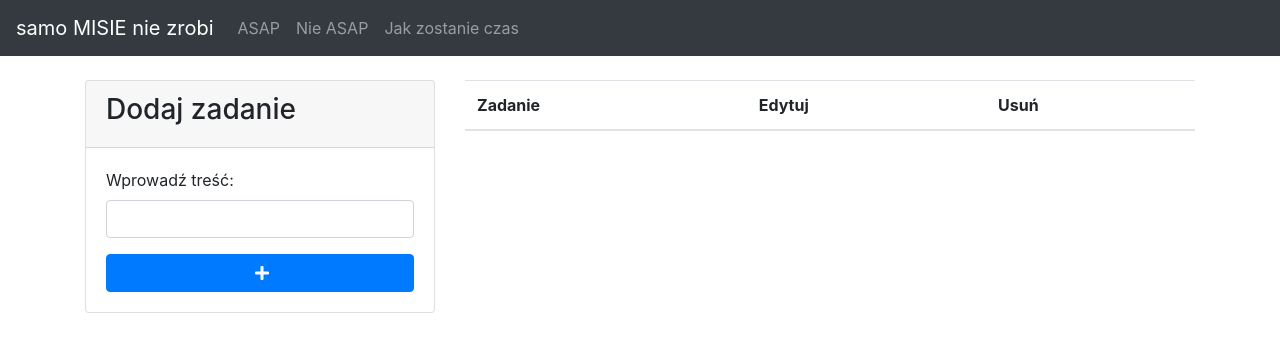
Repository: pcharazinski/JS_EXPRESS---samoMISIEniezrobi
Page: http://localhost/
These files come from the project's save history. The page is drawn as it stood at one moment and after the next save; the edit follows.
The browser window is 1280 px wide. The pictures show the whole page.
Some web libraries are served in a nearby version. The page is served by the project's Node server (app.js). Other server files are loaded and not shown. Queries for data that is not in the repository find no rows.

Above is the page before, as saved 2018-12-16 12:00:45.

### views/index.pug
//- Pug zwraca wieeeeeeelka uwagę na wciecia!!! jak sa zle wciecia to sie wysypuje

extends layout

block content
    .row
        .col-md-4
            .card
                .card-header
                    h3 Dodaj zadanie
                .card-body
                    form(action="/addme", method="POST")
                        .form-group
                            label(for='labeltodo') Wprowadź treść:
                            input.form-control#labeltodo(type='text', name="title")
                        button(type="submit").btn.btn-primary.btn-block
                            i.fas.fa-plus.pl-1


        .col-md-8

            table.table.table-striped
                thead
                    tr

                    th(scope='col') Zadanie
                    th(scope='col') Edytuj
                    th(scope='col') Usuń
                tbody
                    each todo in todos
                        tr

                             td= todo.title
                             td
                                a(href="/editme/"+ todo.id).btn.btn-info.btn-sm
                                    i.fas.fa-pencil-alt
                             td
                                form(method="post", action="/deleteme/" + todo.id + "?_method=delete")
                                    button(type="submit").btn.btn-danger.btn-sm
                                         i.fas.fa-trash-alt

### views/layout.pug
<!DOCTYPE html>
html(lang="en")
    head
        meta(charset="UTF-8")
        meta(name="viewport", content="width=device-width, initial-scale=1.0")
        meta(http-equiv="X-UA-Compatible", content="ie=edge")
        link(rel="stylesheet", href="https://stackpath.bootstrapcdn.com/bootstrap/4.1.3/css/bootstrap.min.css")
        link(rel="stylesheet", href="https://use.fontawesome.com/releases/v5.6.1/css/all.css")
        title MISIE
    body
        include nav
        .container
            block content

script(src='https://code.jquery.com/jquery-3.3.1.slim.min.js')
script(src='https://cdnjs.cloudflare.com/ajax/libs/popper.js/1.14.3/umd/popper.min.js')
script(src='https://stackpath.bootstrapcdn.com/bootstrap/4.1.3/js/bootstrap.min.js')

### views/nav.pug
nav.navbar.navbar-expand-lg.navbar-dark.bg-dark.mb-4
  a.navbar-brand(href='/') samo MISIE nie zrobi

  button.navbar-toggler(type='button', data-toggle='collapse', data-target='#navbarNav', aria-controls='navbarNav', aria-expanded='false', aria-label='Toggle navigation')
    span.navbar-toggler-icon
  .collapse.navbar-collapse#navbarNav
    ul.navbar-nav
      //- li.nav-item.active
      //-   a.nav-link(href='/')
      //-     | Strona główna
      //-     span.sr-only (current)
      li.nav-item
        a.nav-link(href='/') ASAP
      li.nav-item
        a.nav-link(href='/') Nie ASAP
      li.nav-item
        a.nav-link(href='/') Jak zostanie czas

### app.js
const express = require ("express");
const mongoose = require ('mongoose');
const bodyParser = require('body-parser');
const methodOverride = require ('method-override');
mongoose.connect ('mongodb://admin:admin62D.@ds121652.mlab.com:21652/samomisieniezrobi', { useNewUrlParser: true }).then (() => {
console.log('ejj... chyba polaczylam sie z baza danych, lol');

});
const app = express ();

app.use (bodyParser.urlencoded({extended:false}));
app.use (methodOverride('_method'));
app.set ("view engine", "pug");
const indexRoutes = require ('./routes/index');
app.use ('/', indexRoutes);
const port = process.env.PORT || 3000;
app.listen (port, () =>console.log(`Jestem podlaczona do serwera ${port} bijacz`));

### controllers/index.js
const Todo = require ('../models/Todo');
const getIndex = (req, res) =>
{
    Todo.find({},(err, todos)=> {
        if (err) console.log(err);
        console.log(todos);
        res.render ('index', {
            todos:todos
        })
    })

};
const postIndex = (req,res) =>{
    const newTodo = new Todo({
        title: req.body.title
    });
    newTodo.save((err)=>{
        if (err) console.log(err);
        res.redirect ('/');
    })

}

const deleteIndex = (req, res)=>{
    const {id} = req.params;
    Todo.findByIdAndDelete(id, (err)=> {
        if (err) console.log(err);
        res.redirect ('/');
    });

}
module.exports = {
    getIndex:getIndex,
    postIndex:postIndex,
    deleteIndex:deleteIndex
}

After the next save:
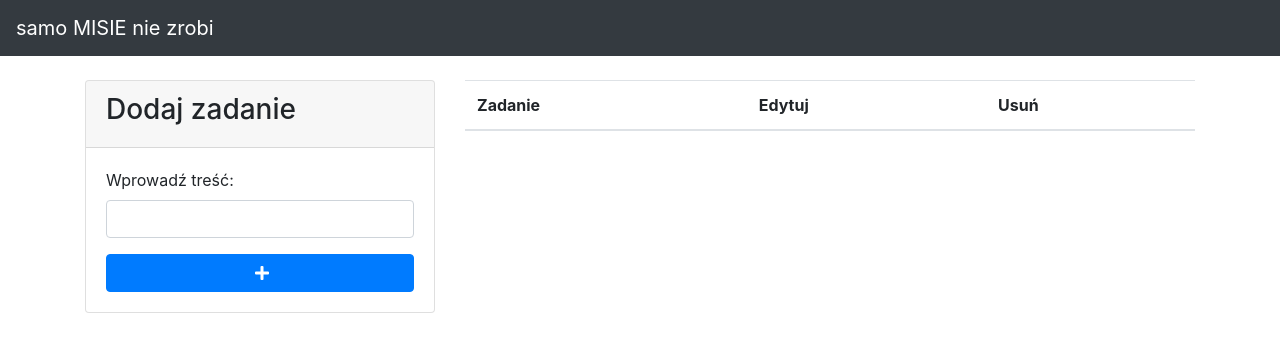
Saved 21 min 15 s later.
--- a/views/nav.pug
+++ b/views/nav.pug
@@ -9,9 +9,9 @@ nav.navbar.navbar-expand-lg.navbar-dark.bg-dark.mb-4
       //-   a.nav-link(href='/')
       //-     | Strona główna
       //-     span.sr-only (current)
-      li.nav-item
-        a.nav-link(href='/') ASAP
-      li.nav-item
-        a.nav-link(href='/') Nie ASAP
-      li.nav-item
-        a.nav-link(href='/') Jak zostanie czas
+      //- li.nav-item
+      //-   a.nav-link(href='/') ASAP
+      //- li.nav-item
+      //-   a.nav-link(href='/') Nie ASAP
+      //- li.nav-item
+      //-   a.nav-link(href='/') Jak zostanie czas
